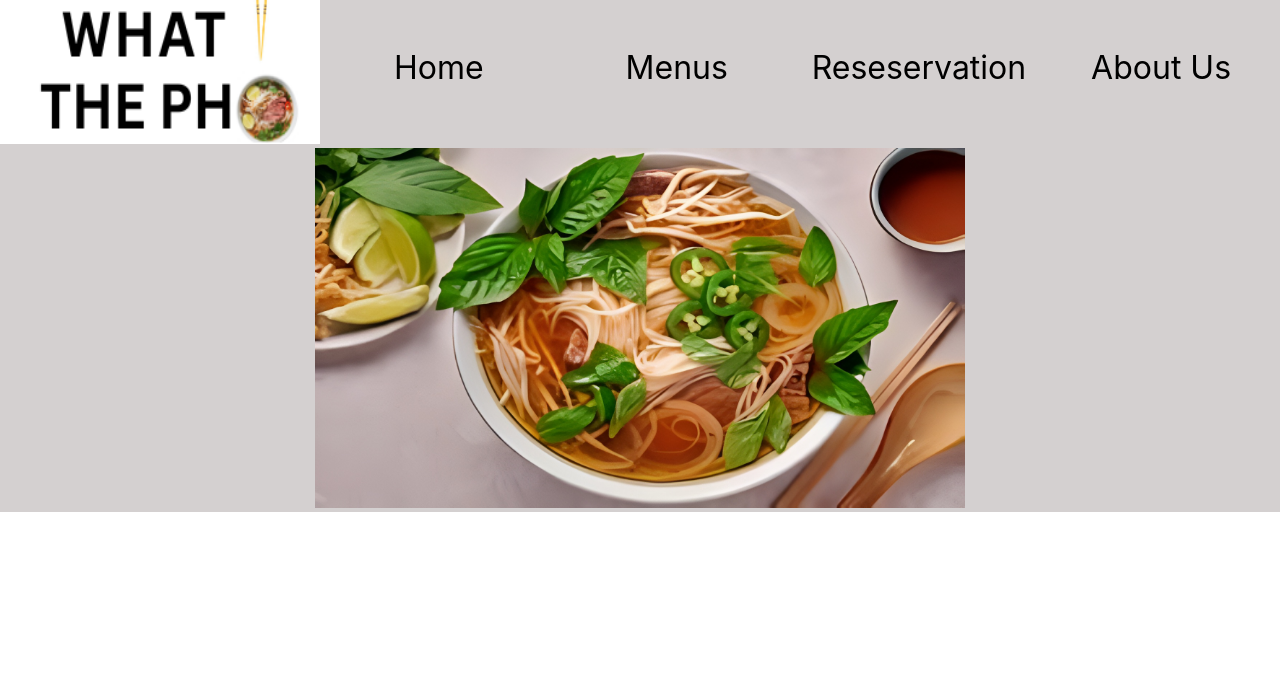
Repository: NguyenkhDang/Restaurant-Website
Page: /
An editor plug-in stored every save of this project. The page is shown before and after a run of saves, followed by the edit.
The browser window is 1280 px wide. The pictures show the whole page.
The project was rebuilt for these pictures with package versions that can differ from the ones it lists, and the page was loaded fresh each time.

Above is the page before, as saved 2026-01-14 15:27:02.

### src/App.js
import BackgroundImage from "./image/pho.jpg"
import './App.css';
import NavigationBar from './NavigationBar';
function App() {
  return (
    <div className="App">
      <NavigationBar />
      <img
        src={BackgroundImage}
        style={{maxWidth: "70vw", height:"50vh"}}/>
    </div>
  );
}

export default App;

### src/App.css
.App {
  background-color: rgb(212, 208, 208);
  text-align: center;

}

### src/NavigationBar.js
import "./CSS/NavigationBar.css"
import Logo from "./image/CustomLogo2.png"
const NavigationBar = () =>{



  return (
    <div className="navbar">
      <div className="logoImage">
        <img src= {Logo} />
      </div>
      <div className="wholeNavBar">
        <ul>
          <li>
            <a>Home</a>
          </li>
          <li>
            <a>Menus</a>
          </li>
          <li>
            <a>Reseservation</a>
          </li>
          <li>
            <a>About Us</a>
          </li>
        </ul>

      </div>
    </div>
  )


}

export default NavigationBar

### src/CSS/NavigationBar.css
.navbar{
  display: grid;
  grid-template-columns: 25% 75%;
}
.wholeMavBar{
  float: right;
  height: 10vh;
}

.logoImage img{
  height: 20vh;
  width: 25vw;
  object-fit: fill;
  object-position: center;
}

ul{
  align-items: center;
  list-style-type: none;
  display: grid;
  place-items: center;
  grid-template-columns: 1fr 1fr 1fr 1fr;
  margin-top: 5%;
  padding: 0;
}
li a{
  font-size: 2em;
  text-align: center;
  padding: 14px 16px;
}

li a:hover{
  background-color: #c5b1b1;
}

Loaded but not shown: public/index.html (common file); src/index.js (common file); src/index.css (common file); src/reportWebVitals.js (common file)

After the next 2 saves:
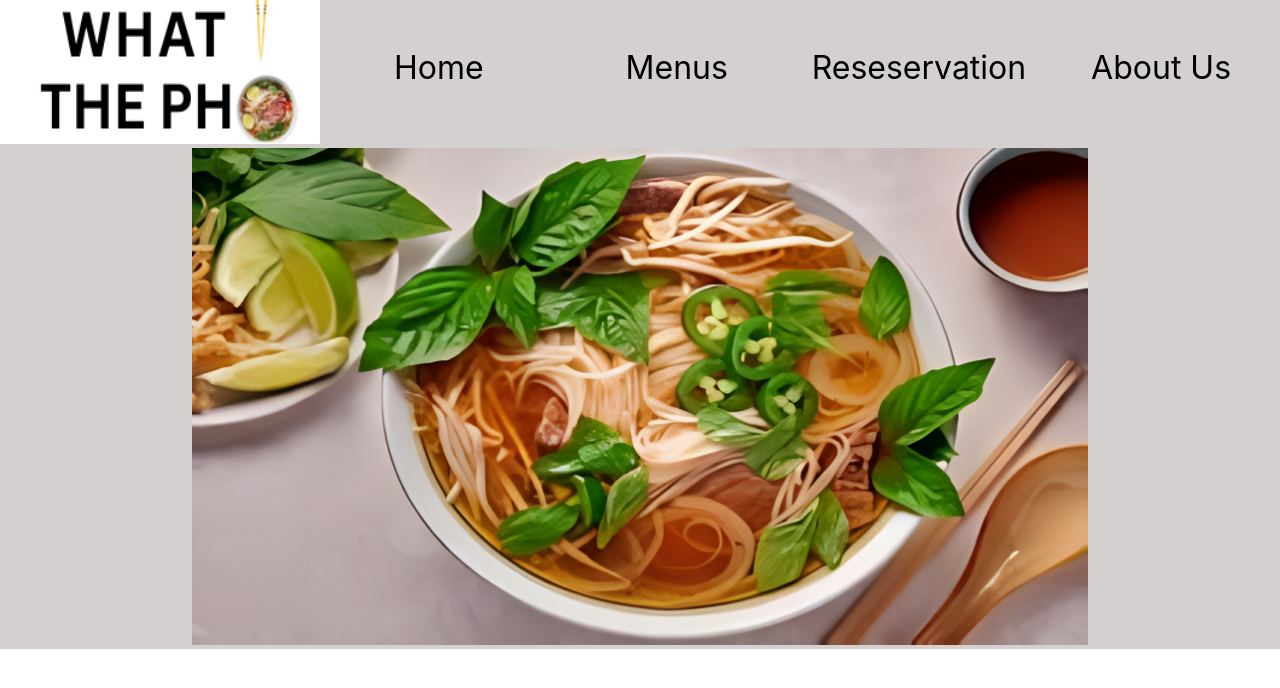
The 2 saves are shown as one change because 1 did not build or start.
The last was saved 11 s later.
--- a/src/App.js
+++ b/src/App.js
@@ -7,7 +7,7 @@ function App() {
       <NavigationBar />
       <img
         src={BackgroundImage}
-        style={{maxWidth: "70vw", height:"50vh"}}/>
+        style={{maxWidth: "70vw", height: "auto"}}/>
     </div>
   );
 }
